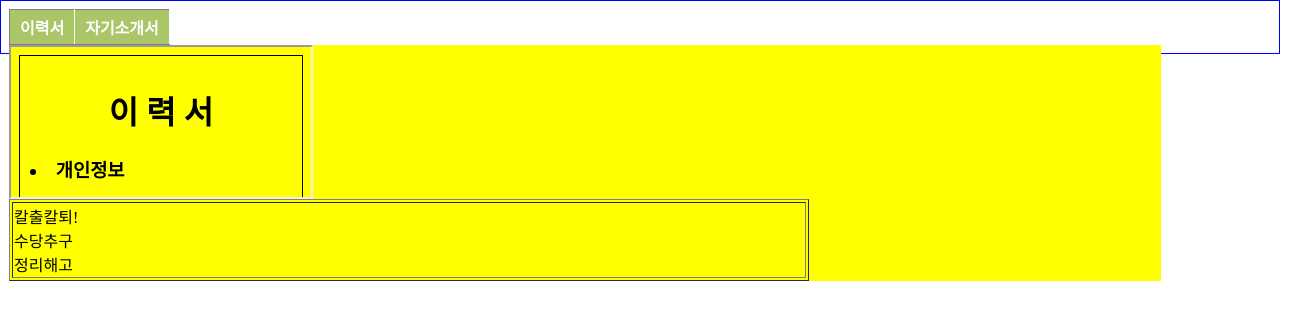
Repository: porivas/140630_Java
Page: http://localhost/web4_resume/totalLayout.jsp
An editor plug-in stored every save of this project. The page is shown before and after the next save, followed by the edit.
The browser window is 1280 px wide. The page is 1280 px wide, then 1289 px, then 1280 px, so the pictures cover 1289 px, including what lies to the right of the window. The pictures show the whole page.
The page is served by Tomcat 9.

Above is the page before, as saved 2014-09-25 07:58:37.

After the next save:
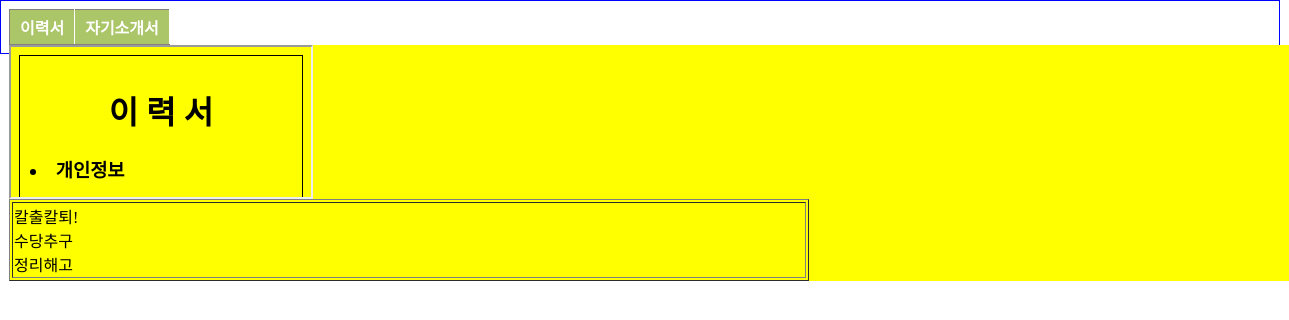
Saved 14 s later.
--- a/web4_resume/WebContent/totalLayout.jsp
+++ b/web4_resume/WebContent/totalLayout.jsp
@@ -33,7 +33,7 @@
 			.me {
 			    background-color: yellow;
 			    position: absolute;
-			    width: 90%
+			    width: 100%
 			}
 		</style>
 		<div id="button">

After the save that followed:
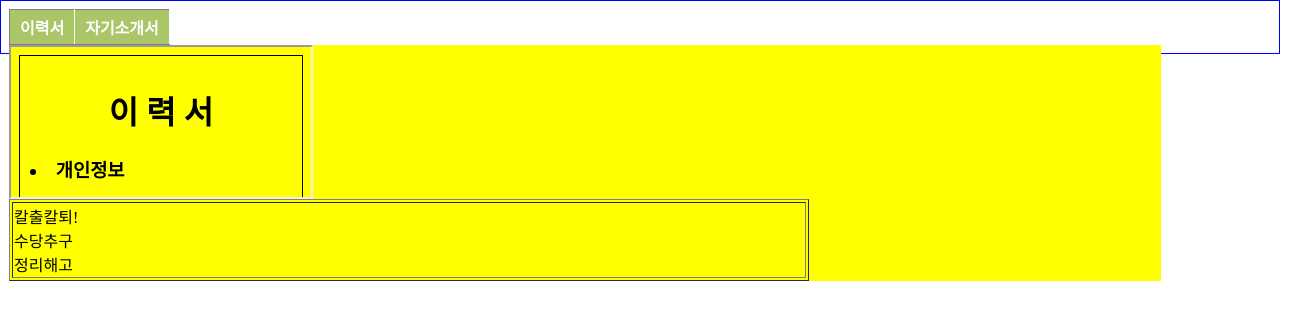
Saved 8 s later.
--- a/web4_resume/WebContent/totalLayout.jsp
+++ b/web4_resume/WebContent/totalLayout.jsp
@@ -33,7 +33,7 @@
 			.me {
 			    background-color: yellow;
 			    position: absolute;
-			    width: 100%
+			    width: 90%
 			}
 		</style>
 		<div id="button">
